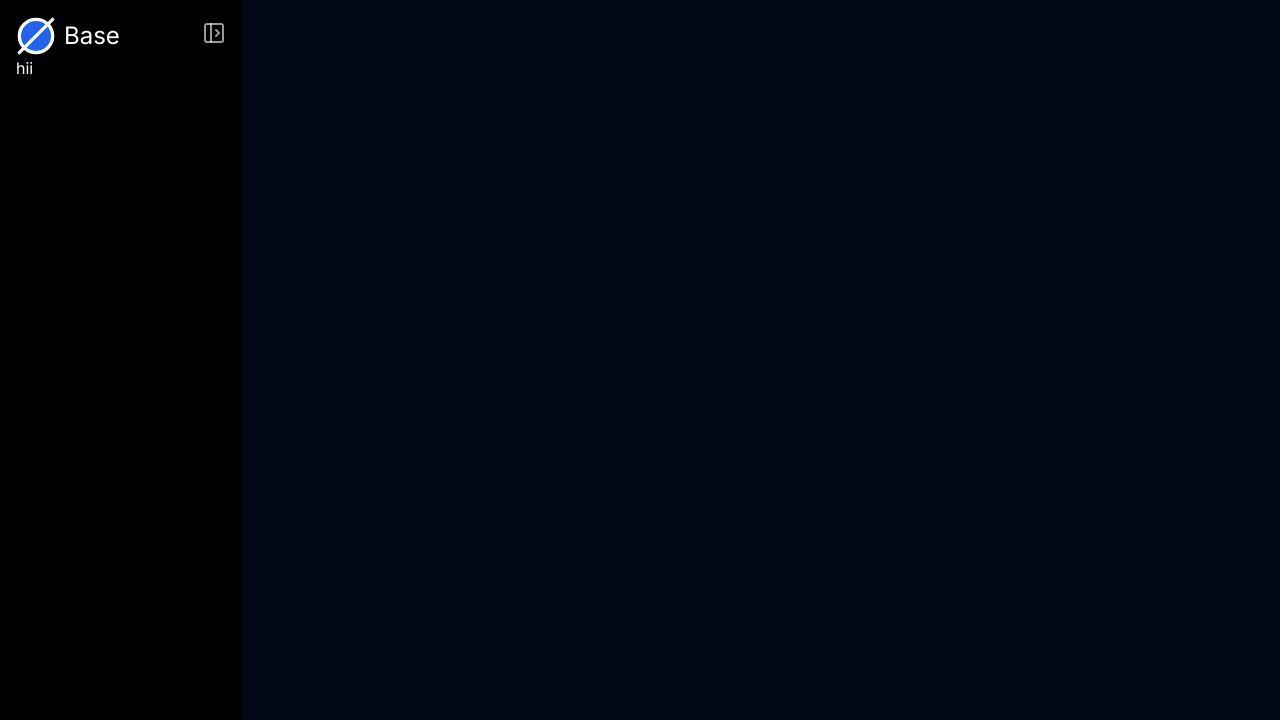
Repository: Hardyy00/openinapp_assignment
Page: /upload
An editor plug-in stored every save of this project. The page is shown before and after the next save, followed by the edit.
The browser window is 1280 px wide. The pictures show the whole page.
The project was rebuilt for these pictures with package versions that can differ from the ones it lists, and the page was loaded fresh each time. The framework's server and built-in components were replaced by stand-ins that run in the browser. Also part of the build but not shown: next.config.mjs.

Above is the page before, as saved 2024-08-23 21:46:58.

### app/layout.tsx
import type { Metadata } from "next";
import { Inter } from "next/font/google";
import "./globals.css";
import { ThemeProvider } from "@/components/theme-provider";
import { Switcher } from "./_components/switcher";

const inter = Inter({ subsets: ["latin"] });

export const metadata: Metadata = {
  title: "Create Next App",
  description: "Generated by create next app",
};

export default function RootLayout({
  children,
}: Readonly<{
  children: React.ReactNode;
}>) {
  return (
    <html lang="en">
      <body className={inter.className}>
        <ThemeProvider
          attribute="class"
          defaultTheme="system"
          storageKey="base"
        >
          <Switcher />
          {children}
        </ThemeProvider>
      </body>
    </html>
  );
}

### app/(browse)/layout.tsx
import { Sidebar } from "./_components";

export default function Layout({
  children,
}: Readonly<{ children: React.ReactNode }>) {
  return (
    <div className="w-full h-full flex">
      <Sidebar />
    </div>
  );
}

### app/(browse)/upload/page.tsx
import { auth } from "@/auth";

export default async function Page() {
  const session = await auth();
  return <div>{JSON.stringify(session)}</div>;
}

### app/globals.css
@tailwind base;
@tailwind components;
@tailwind utilities;

html,
body,
:root {
  height: 100%;
}

::-webkit-scrollbar {
  display: none;
}

@layer base {
  :root {
    --background: 0 0% 100%;
    --foreground: 222.2 84% 4.9%;
    --card: 0 0% 100%;
    --card-foreground: 222.2 84% 4.9%;
    --popover: 0 0% 100%;
    --popover-foreground: 222.2 84% 4.9%;
    --primary: 222.2 47.4% 11.2%;
    --primary-foreground: 210 40% 98%;
    --secondary: 210 40% 96.1%;
    --secondary-foreground: 222.2 47.4% 11.2%;
    --muted: 210 40% 96.1%;
    --muted-foreground: 215.4 16.3% 46.9%;
    --accent: 210 40% 96.1%;
    --accent-foreground: 222.2 47.4% 11.2%;
    --destructive: 0 84.2% 60.2%;
    --destructive-foreground: 210 40% 98%;
    --border: 214.3 31.8% 91.4%;
    --input: 214.3 31.8% 91.4%;
    --ring: 222.2 84% 4.9%;
    --radius: 0.5rem;
    --chart-1: 12 76% 61%;
    --chart-2: 173 58% 39%;
    --chart-3: 197 37% 24%;
    --chart-4: 43 74% 66%;
    --chart-5: 27 87% 67%;
    --back: 270 8% 95%;
  }

  .dark {
    --background: 222.2 84% 4.9%;
    --foreground: 210 40% 98%;
    --card: 222.2 84% 4.9%;
    --card-foreground: 210 40% 98%;
    --popover: 222.2 84% 4.9%;
    --popover-foreground: 210 40% 98%;
    --primary: 210 40% 98%;
    --primary-foreground: 222.2 47.4% 11.2%;
    --secondary: 217.2 32.6% 17.5%;
    --secondary-foreground: 210 40% 98%;
    --muted: 217.2 32.6% 17.5%;
    --muted-foreground: 215 20.2% 65.1%;
    --accent: 217.2 32.6% 17.5%;
    --accent-foreground: 210 40% 98%;
    --destructive: 0 62.8% 30.6%;
    --destructive-foreground: 210 40% 98%;
    --border: 217.2 32.6% 17.5%;
    --input: 217.2 32.6% 17.5%;
    --ring: 212.7 26.8% 83.9%;
    --chart-1: 220 70% 50%;
    --chart-2: 160 60% 45%;
    --chart-3: 30 80% 55%;
    --chart-4: 280 65% 60%;
    --chart-5: 340 75% 55%;
    --back: 213 20% 30%;
  }
}

@layer base {
  * {
    @apply border-border;
  }
  body {
    @apply bg-background text-foreground;
  }
}

### app/_components/switcher.tsx
"use client";

import { useTheme } from "next-themes";
import { useEffect } from "react";
import { useMediaQuery } from "usehooks-ts";

export const Switcher: React.FC = () => {
  const { setTheme } = useTheme();
  const matches = useMediaQuery("(max-width:1024px)");

  useEffect(() => {
    if (matches) {
      setTheme("light");
    } else {
      setTheme("dark");
    }
  }, [matches, setTheme]);
  return null;
};

### app/(browse)/_components/index.tsx
import { NavList } from "./nav-list";
import { Toggle } from "./toggle";

export const Sidebar: React.FC = () => {
  return (
    <div className="h-full bg-black p-4 transition-all">
      <Toggle />

      <NavList />
    </div>
  );
};

### app/(browse)/_components/nav-list.tsx
import {
  Bell,
  CalendarCheck2,
  LayoutDashboard,
  Settings,
  SquareKanban,
  Upload,
} from "lucide-react";
import { NavItem } from "./nav-item";

export const NavList: React.FC = () => {
  const links = [
    { label: "Dashboard", path: "/dashboard", icon: LayoutDashboard },
    {
      label: "Upload",
      path: "/upload",
      icon: Upload,
    },

    {
      label: "Invoice",
      path: "/invoice",
      icon: SquareKanban,
    },

    { label: "Schedule", path: "/schedule", icon: CalendarCheck2 },

    { label: "Notification", path: "/notification", icon: Bell },

    { label: "Settings", path: "/settings", icon: Settings },
  ];
  return (
    // <div>
    //   {links.map((item, i) => (
    //     <NavItem key={i} {...item} />
    //   ))}
    // </div>

    <div>hii</div>
  );
};

### app/(browse)/_components/toggle.tsx
"use client";
import { Button } from "@/components/ui/button";
import { cn } from "@/lib/utils";
import { useSideBar } from "@/store/use-sidebar";
import { CircleSlash2, SidebarOpen } from "lucide-react";

export const Toggle = () => {
  const { collapse, onCollapse, onExpand } = useSideBar();

  const handleClick = () => {
    if (collapse) {
      onExpand();
    } else {
      onCollapse();
    }
  };
  return (
    <div
      className={cn(
        "w-[210px] flex items-center justify-between transition-all",
        collapse && "w-20"
      )}
    >
      <div className="flex items-center  space-x-2 ">
        <CircleSlash2 className="w-10 h-10 fill-blue-600 " />

        <h1 className={cn("text-white text-2xl", collapse && "hidden")}>
          Base
        </h1>
      </div>

      <div>
        <button onClick={handleClick}>
          <SidebarOpen className="stroke-white/60 hover:stroke-white transition-all" />
        </button>
      </div>
    </div>
  );
};

### store/use-sidebar.ts
import { create } from "zustand";

interface Sidebar {
  collapse: boolean;

  onExpand: () => void;
  onCollapse: () => void;
}

export const useSideBar = create<Sidebar>((set) => ({
  collapse: false,
  onExpand: () => {
    set((state) => ({ collapse: false }));
  },
  onCollapse: () => {
    set((state) => ({ collapse: true }));
  },
}));

### tailwind.config.ts
import type { Config } from "tailwindcss";

const config = {
  darkMode: ["class"],
  content: [
    "./pages/**/*.{ts,tsx}",
    "./components/**/*.{ts,tsx}",
    "./app/**/*.{ts,tsx}",
    "./src/**/*.{ts,tsx}",
  ],
  prefix: "",
  theme: {
    container: {
      center: true,
      padding: "2rem",
      screens: {
        "2xl": "1400px",
      },
    },
    extend: {
      colors: {
        border: "hsl(var(--border))",
        input: "hsl(var(--input))",
        ring: "hsl(var(--ring))",
        background: "hsl(var(--background))",
        foreground: "hsl(var(--foreground))",
        primary: {
          DEFAULT: "hsl(var(--primary))",
          foreground: "hsl(var(--primary-foreground))",
        },
        secondary: {
          DEFAULT: "hsl(var(--secondary))",
          foreground: "hsl(var(--secondary-foreground))",
        },
        destructive: {
          DEFAULT: "hsl(var(--destructive))",
          foreground: "hsl(var(--destructive-foreground))",
        },
        muted: {
          DEFAULT: "hsl(var(--muted))",
          foreground: "hsl(var(--muted-foreground))",
        },
        accent: {
          DEFAULT: "hsl(var(--accent))",
          foreground: "hsl(var(--accent-foreground))",
        },
        popover: {
          DEFAULT: "hsl(var(--popover))",
          foreground: "hsl(var(--popover-foreground))",
        },
        card: {
          DEFAULT: "hsl(var(--card))",
          foreground: "hsl(var(--card-foreground))",
        },

        back: {
          DEFAULT: "hsl(var(--back))",
        },
      },
      borderRadius: {
        lg: "var(--radius)",
        md: "calc(var(--radius) - 2px)",
        sm: "calc(var(--radius) - 4px)",
      },
      keyframes: {
        "accordion-down": {
          from: { height: "0" },
          to: { height: "var(--radix-accordion-content-height)" },
        },
        "accordion-up": {
          from: { height: "var(--radix-accordion-content-height)" },
          to: { height: "0" },
        },
      },
      animation: {
        "accordion-down": "accordion-down 0.2s ease-out",
        "accordion-up": "accordion-up 0.2s ease-out",
      },
    },
  },
  plugins: [require("tailwindcss-animate")],
} satisfies Config;

export default config;

### app/(browse)/_components/nav-item.tsx
"use client";

import { cn } from "@/lib/utils";
import { useSideBar } from "@/store/use-sidebar";
import { LucideIcon } from "lucide-react";
import { usePathname } from "next/navigation";

interface NavItemProps {
  label: string;
  path: string;
  icon: LucideIcon;
}

export const NavItem: React.FC<NavItemProps> = ({
  icon: Icon,
  label,
  path,
}) => {
  const { collapse } = useSideBar();
  const pathName = usePathname();
  const isSame = pathName === path;

  return (
    <div className={cn("w-full")}>
      <Icon />

      <p className={cn("", isSame && "", collapse && "hidden")}>{label}</p>
    </div>
  );
};

Loaded but not shown: components/theme-provider.tsx (common file); auth.ts (common file); lib/utils.ts (common file)

After the next save:
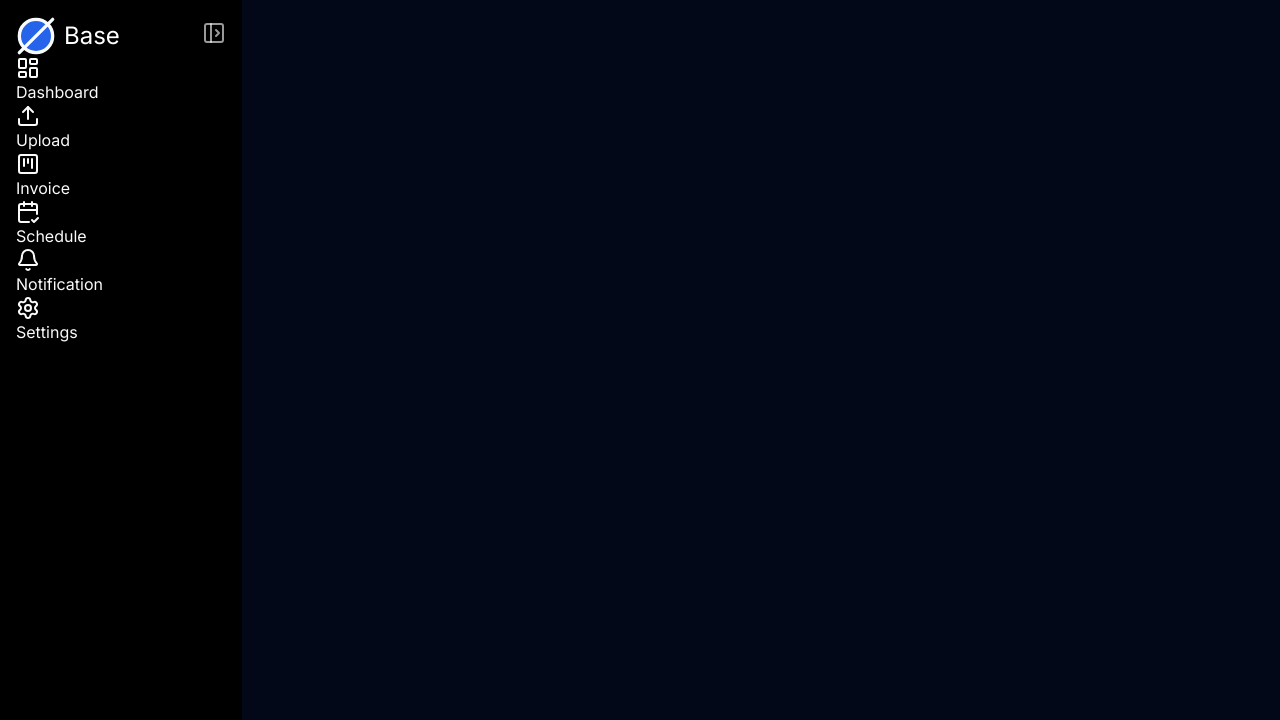
Saved 5 min 56 s later.
--- a/app/(browse)/_components/nav-list.tsx
+++ b/app/(browse)/_components/nav-list.tsx
@@ -30,12 +30,12 @@ export const NavList: React.FC = () => {
     { label: "Settings", path: "/settings", icon: Settings },
   ];
   return (
-    // <div>
-    //   {links.map((item, i) => (
-    //     <NavItem key={i} {...item} />
-    //   ))}
-    // </div>
+    <div>
+      {links.map((item, i) => (
+        <NavItem key={i} {...item} />
+      ))}
+    </div>
 
-    <div>hii</div>
+    // <div>hii</div>
   );
 };
